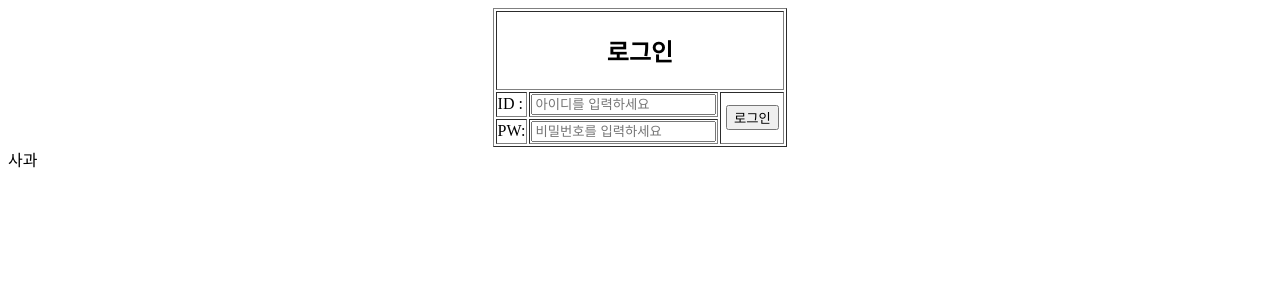
Repository: umhayun/myJSP
Page: HTML/src/main/webapp/login.html
The author's editor kept a copy of each file at every save. The page is drawn from the files as they stood at one save, then again after the next save.
The browser window is 1280 px wide. The pictures show the whole page.

Above is the page before, as saved 2022-01-18 01:57:15.

After the next save:
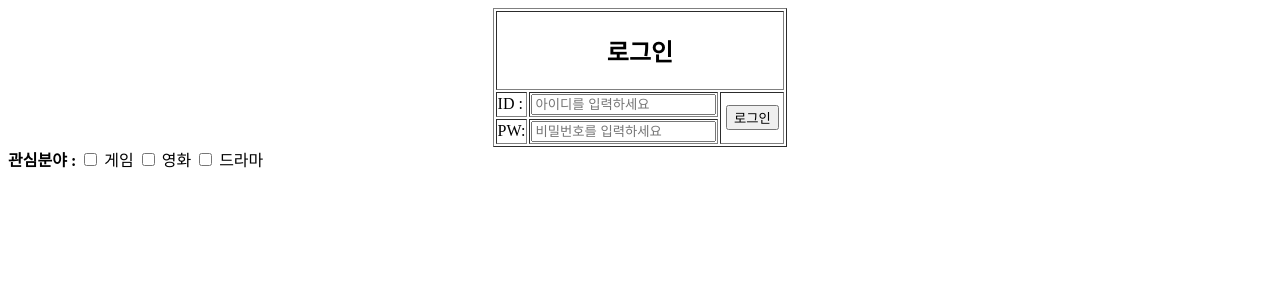
Saved 69 s later.
--- a/HTML/src/main/webapp/login.html
+++ b/HTML/src/main/webapp/login.html
@@ -26,7 +26,10 @@
 
 <form>
 <!-- 관심분야 체크박스 -->
-<checkbox>사과</checkbox>
+<strong>관심분야 : </strong>
+<input type="checkbox" name="intro"> 게임
+<input type="checkbox" name="intro"> 영화
+<input type="checkbox" name="intro"> 드라마
 </form>
 
 </body>
